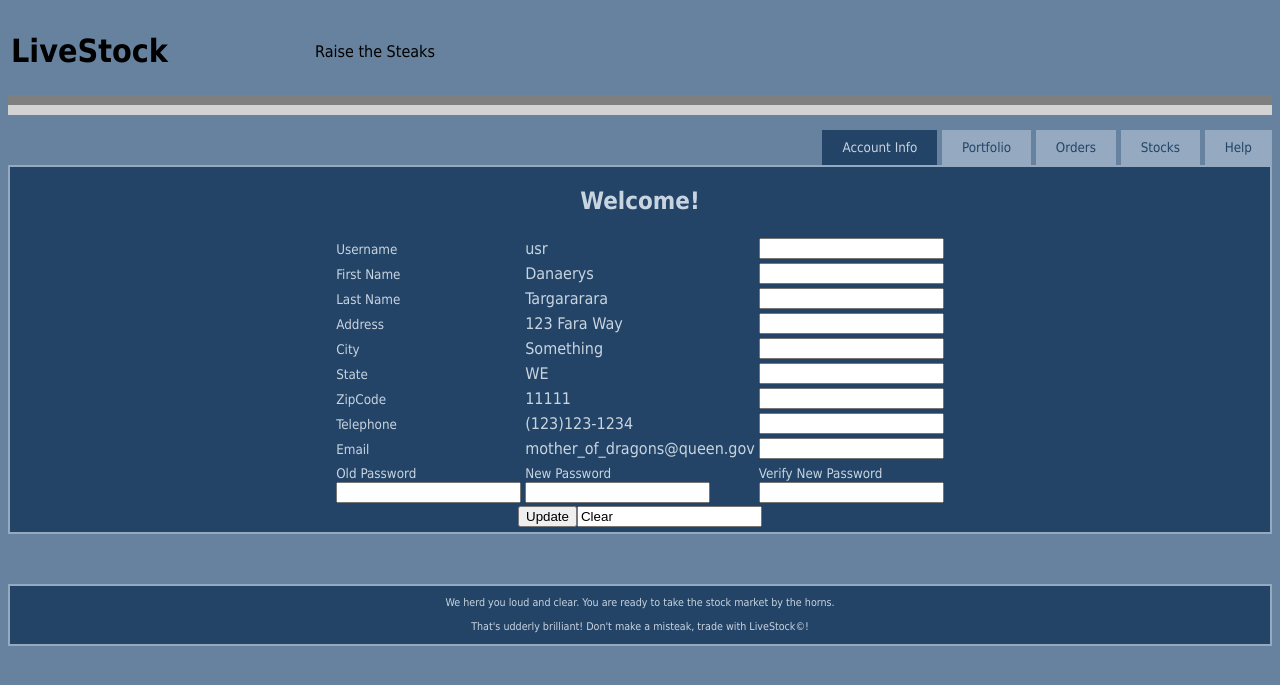
Repository: yastapova/live-stock
Page: LiveStockSite/WebContent/WEB-INF/cust_acc_info.html
These files come from the project's save history. The page is drawn as it stood at one moment and after the next save; the edit follows.
The browser window is 1280 px wide. The pictures show the whole page.

Above is the page before, as saved 2016-04-19 23:29:21.

### LiveStockSite/WebContent/WEB-INF/cust_acc_info.html
<!DOCTYPE html>
<html>
<head>
	<meta charset="ISO-8859-1">
	<title>LiveStock Trading | Customer Account</title>
	<link rel="stylesheet" href="gen.css" />
</head>
<body>
	<div class="header">
	<table>
		<tr>
			<td width='300px'><h1>LiveStock</h1></td>
			<td width='300px'><p>Raise the Steaks</p></td>
		</tr>
	</table>
	</div>
	<div class="menu" align="right">
	<a href="cust_acc_info.html" class="active">Account Info</a>
	<a href="cust_portfolio.html">Portfolio</a>
	<a href="cust_orders.html">Orders</a>
	<a href="cust_stocks.html">Stocks</a>
	<a href="cust_help.html">Help</a>
	</div>
	<div class="body" align="center">
		<h2>Welcome!</h2>
		<form>
		<table>
			<tr>
				<td><span class="formlabel">Username</span></td>
				<td><span class="accinfo">usr</span></td>
				<td><input id="usrn" name="username" type="text" /></td>
			</tr>
			<tr>
				<td><span class="formlabel">First Name</span></td>
				<td><span class="accinfo">Danaerys</span></td>
				<td><input id="fname" name="first_name" type="text" /></td>
			</tr>
			<tr>
				<td><span class="formlabel">Last Name</span></td>
				<td><span class="accinfo">Targararara</span></td>
				<td><input id="lname" name="last_name" type="text" /></td>
			</tr>
			<tr>
				<td><span class="formlabel">Address</span></td>
				<td><span class="accinfo">123 Fara Way</span></td>
				<td><input id="addr" name="address" type="text" /></td>
			</tr>
			<tr>
				<td><span class="formlabel">City</span></td>
				<td><span class="accinfo">Something</span></td>
				<td><input id="city" name="city" type="text" /></td>
			</tr>
			<tr>
				<td><span class="formlabel">State</span></td>
				<td><span class="accinfo">WE</span></td>
				<td><input id="state" name="state" type="text" /></td>
			</tr>
			<tr>
				<td><span class="formlabel">ZipCode</span></td>
				<td><span class="accinfo">11111</span></td>
				<td><input id="zip" name="zipcode" type="text" /></td>
			</tr>
			<tr>
				<td><span class="formlabel">Telephone</span></td>
				<td><span class="accinfo">(123)123-1234</span></td>
				<td><input id="phone" name="phone" type="text" /></td>
			</tr>
			<tr>
				<td><span class="formlabel">Email</span></td>
				<td><span class="accinfo">mother_of_dragons@queen.gov</span></td>
				<td><input id="email" name="email" type="text" /></td>
			</tr>
			<tr>
				<td><span class="formlabel">Old Password</span><br />
				<input id="pw" name="password" type="password" /></td>
				<td><span class="formlabel">New Password</span><br />
				<input id="pw1" name="password1" type="password" /></td>
				<td><span class="formlabel">Verify New Password</span><br />
				<input id="pw2" name="password2" type="password" /></td>
			</tr>
		</table>
		<input type="submit" value="Update" /><input type="clear" value="Clear" />
		</form>
	</div>

	<div class="footer">
	<p>We herd you loud and clear. You are ready to take the stock market by the horns.</p>
	<p>That's udderly brilliant! Don't make a misteak, trade with LiveStock&copy;!</p>
	</div>
</body>
</html>

### LiveStockSite/WebContent/WEB-INF/gen.css
@CHARSET "ISO-8859-1";

body {
	background-color: #67829F;
	font-family: Tahoma;
}
a {
	font-size: 10pt;
}
.body a:link {
	color: #D6C9E2;
}
.body a:visited {
	color: #896AA4;
}
.body a:hover {
	color: #D6C9E2;
}
.formlabel {
	font-size: 10pt;
}
.header {
	border-bottom-style: groove;
	border-bottom-width: 20px;
	border-bottom-color: lightgrey;
	margin-bottom: 15px;
}
.body {
	padding-left: 5px;
	padding-right: 5px;
	padding-bottom: 5px;
	background-color: #234467;
	border-style: solid;
	border-width: 2px;
	border-color: #95AAC0;
	color: #C8D4E0;
}
.footer {
	text-align: center;
	margin-top: 50px;
	padding-left: 5px;
	padding-right: 5px;
	background-color: #234467;
	border-style: solid;
	border-width: 2px;
	border-color: #95AAC0;
	color: #C8D4E0;
}
.footer p {
	font-size: 8pt;
}
.menu a, a:visited {
	background-color: #95AAC0;
	color: #234467;
	padding: 10px 20px;
	text-align: center;
	text-decoration: none;
	display: inline-block;
}
.menu a:hover {
	background-color: #234467;
	color: #C8D3E0;
}
.menu a.active {
	background-color: #234467;
	color: #C8D3E0;
}

After the next save:
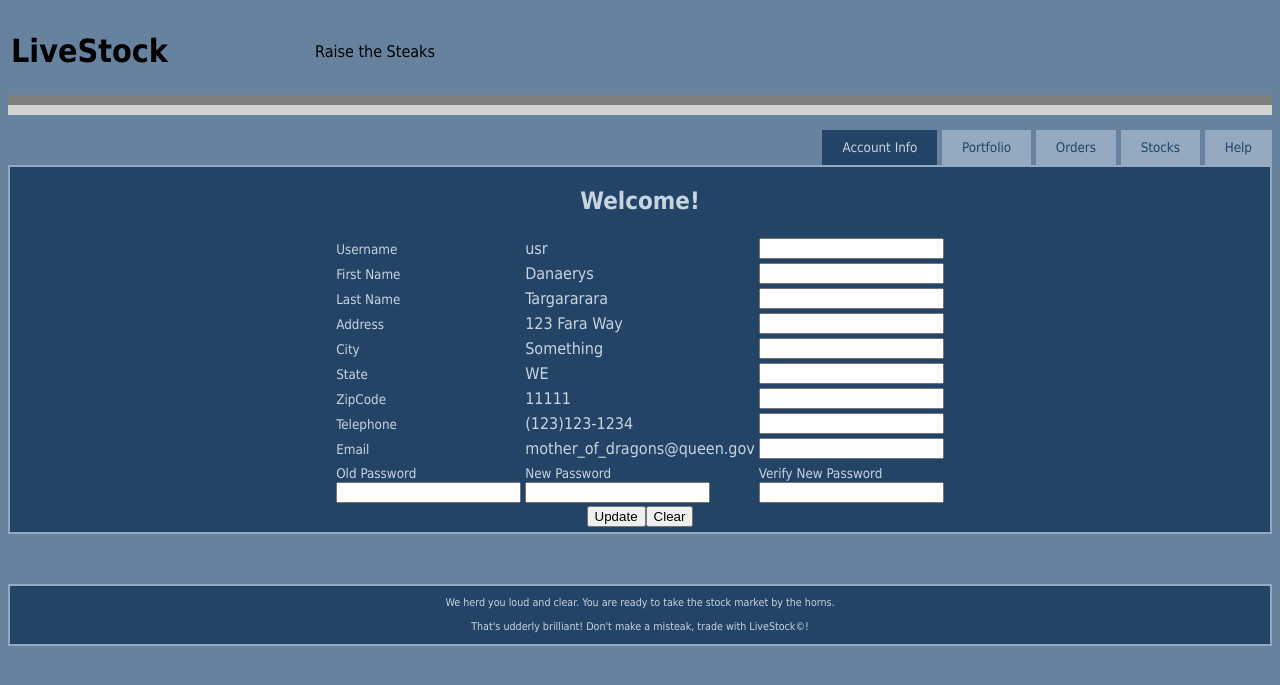
Saved 29 s later.
--- a/LiveStockSite/WebContent/WEB-INF/cust_acc_info.html
+++ b/LiveStockSite/WebContent/WEB-INF/cust_acc_info.html
@@ -79,7 +79,7 @@
 				<input id="pw2" name="password2" type="password" /></td>
 			</tr>
 		</table>
-		<input type="submit" value="Update" /><input type="clear" value="Clear" />
+		<input type="submit" value="Update" /><input type="reset" value="Clear" />
 		</form>
 	</div>
 
